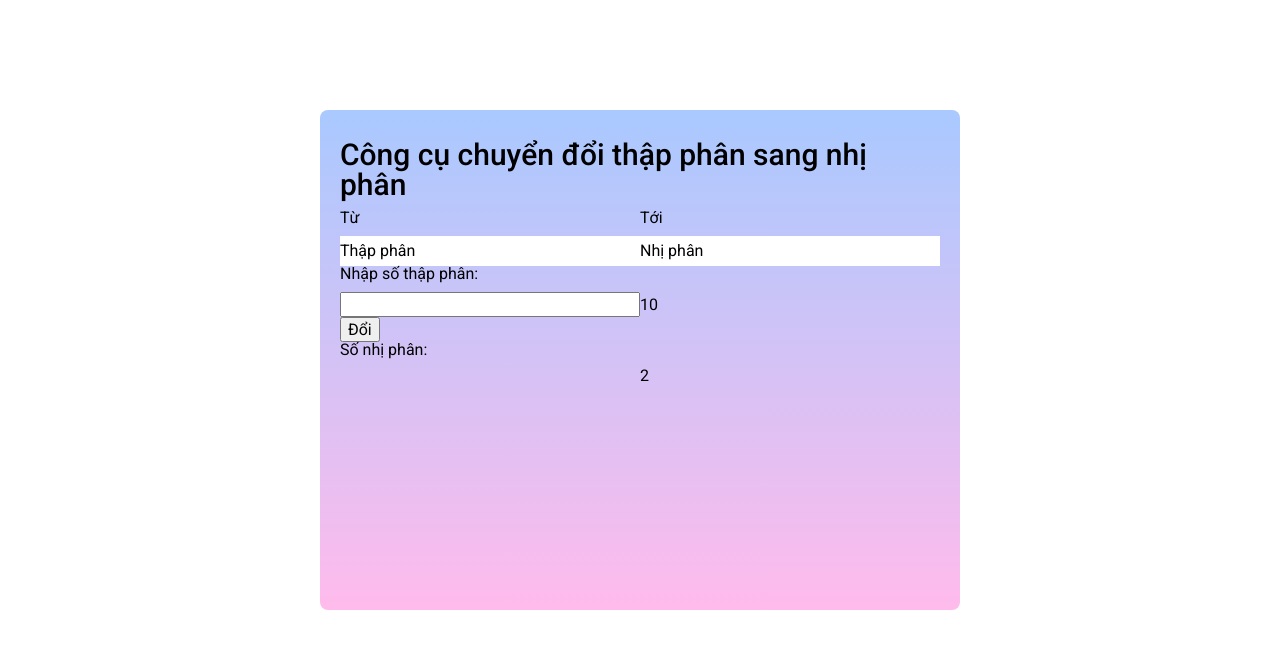
Repository: thuanpham00/covertNumber
Page: index.html
These files come from the project's save history. The page is drawn as it stood at one moment and after the next save; the edit follows.
The browser window is 1280 px wide. The pictures show the whole page.
The style sheet was rebuilt from its Sass, Less or Tailwind sources for each picture, by a compiler version that may differ from the author's.

Above is the page before, as saved 2023-11-03 02:10:05.

### index.html
<!DOCTYPE html>
<html lang="en">
    <head>
        <meta charset="UTF-8" />
        <meta name="viewport" content="width=device-width, initial-scale=1.0" />
        <title>Convert Number</title>
        <link rel="stylesheet" href="./assets/css/main.css" />
        <link rel="preconnect" href="https://fonts.googleapis.com" />
        <link rel="preconnect" href="https://fonts.gstatic.com" crossorigin />
        <link
            href="https://fonts.googleapis.com/css2?family=Roboto:wght@400;500;700;900&display=swap"
            rel="stylesheet"
        />
    </head>
    <body>
        <div class="container">
            <h1 class="title">Công cụ chuyển đổi thập phân sang nhị phân</h1>
            <div class="row">
                <span class="row__desc">Từ</span>
                <span class="row__desc">Tới</span>
            </div>
            <div class="row">
                <div class="row__type">
                    <div class="row__item">Thập phân</div>
                </div>
                <div class="row__type">
                    <div class="row__item">Nhị phân</div>
                </div>
            </div>
            <div class="container__wrapper">
                <div class="desc">Nhập số thập phân:</div>
                <form class="form">
                    <div class="row">
                        <input
                            type="text"
                            class="form__input"
                            name="numberInput"
                            required
                        />
                        <span>10</span>
                    </div>
                    <input type="submit" class="form__submit" value="Đổi" />
                </form>

                <div class="desc">Số nhị phân:</div>
                <div class="row">
                    <div class="result"></div>
                    <span>2</span>
                </div>
            </div>
        </div>
    </body>
</html>

### scss/main.scss
html,
body,
div,
span,
applet,
object,
iframe,
h1,
h2,
h3,
h4,
h5,
h6,
p,
blockquote,
pre,
a,
abbr,
acronym,
address,
big,
cite,
code,
del,
dfn,
em,
img,
ins,
kbd,
q,
s,
samp,
small,
strike,
strong,
sub,
sup,
tt,
var,
b,
u,
i,
center,
dl,
dt,
dd,
ol,
ul,
li,
fieldset,
form,
label,
legend,
table,
caption,
tbody,
tfoot,
thead,
tr,
th,
td,
article,
aside,
canvas,
details,
embed,
figure,
figcaption,
footer,
header,
hgroup,
menu,
nav,
output,
ruby,
section,
summary,
time,
mark,
audio,
video {
    margin: 0;
    padding: 0;
    border: 0;
    font-size: 100%;
    font: inherit;
    vertical-align: baseline;
}
/* HTML5 display-role reset for older browsers */
article,
aside,
details,
figcaption,
figure,
footer,
header,
hgroup,
menu,
nav,
section {
    display: block;
}
body {
    line-height: 1;
}
ol,
ul {
    list-style: none;
}
blockquote,
q {
    quotes: none;
}
blockquote:before,
blockquote:after,
q:before,
q:after {
    content: "";
    content: none;
}
table {
    border-collapse: collapse;
    border-spacing: 0;
}

*,
::after,
::before {
    box-sizing: border-box;
}

html {
    font-size: 62.5%;
}

body {
    background: #fff;
    font-size: 1.6rem;
    font-family: "Roboto", sans-serif;
}

input,
select,
textarea,
button {
    font-size: inherit;
    font-family: inherit;
}

.container {
    background-color: #a9c9ff;
    background-image: linear-gradient(180deg, #a9c9ff 0%, #ffbbec 100%);

    border-radius: 8px;
    padding: 10px 20px;
    height: 500px;
    position: absolute;
    top: 50%;
    left: 50%;
    transform: translate(-50%, -50%);

    .title {
        margin-top: 20px;
        font-size: 3rem;
        font-weight: 500;
    }

    .row {
        margin-top: 10px;
        display: grid;
        align-items: center;
        grid-template-columns: 1fr 1fr;

        .row__type {
            display: flex;
            align-items: center;
            padding-right: 20px;
            height: 30px;
            width: 100%;
            background: #fff;
        }
    }
}

After the next save:
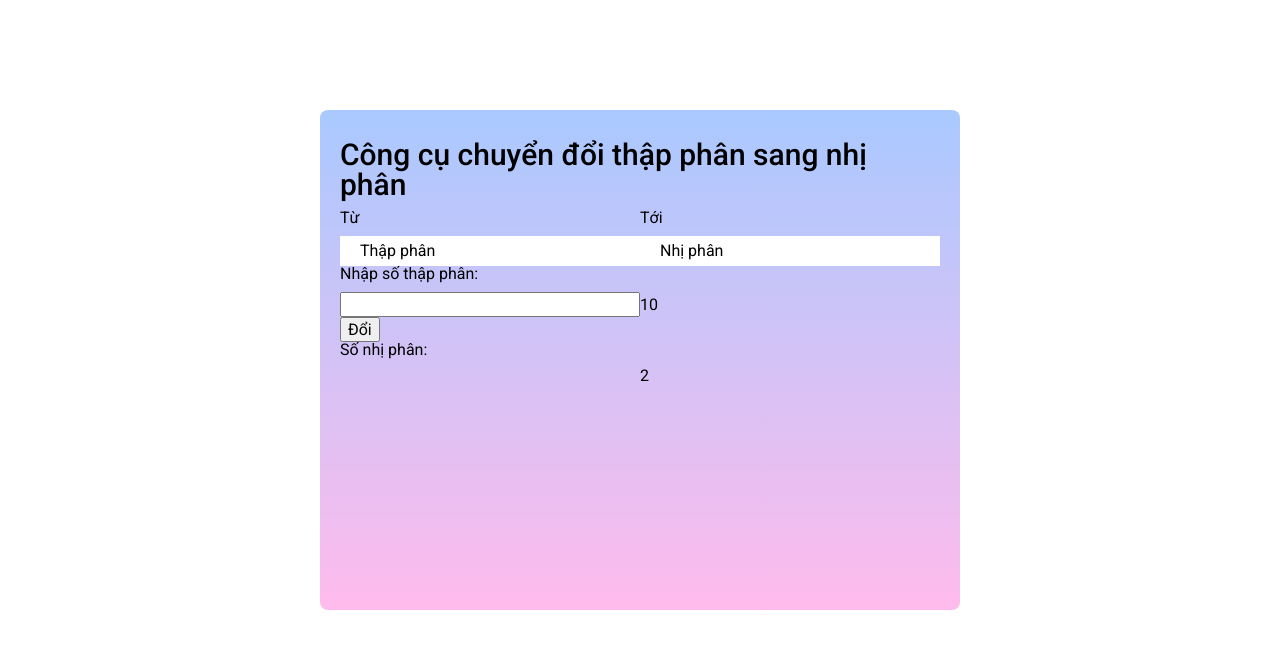
Saved 4 s later.
--- a/scss/main.scss
+++ b/scss/main.scss
@@ -174,7 +174,7 @@ button {
         .row__type {
             display: flex;
             align-items: center;
-            padding-right: 20px;
+            padding-left: 20px;
             height: 30px;
             width: 100%;
             background: #fff;
